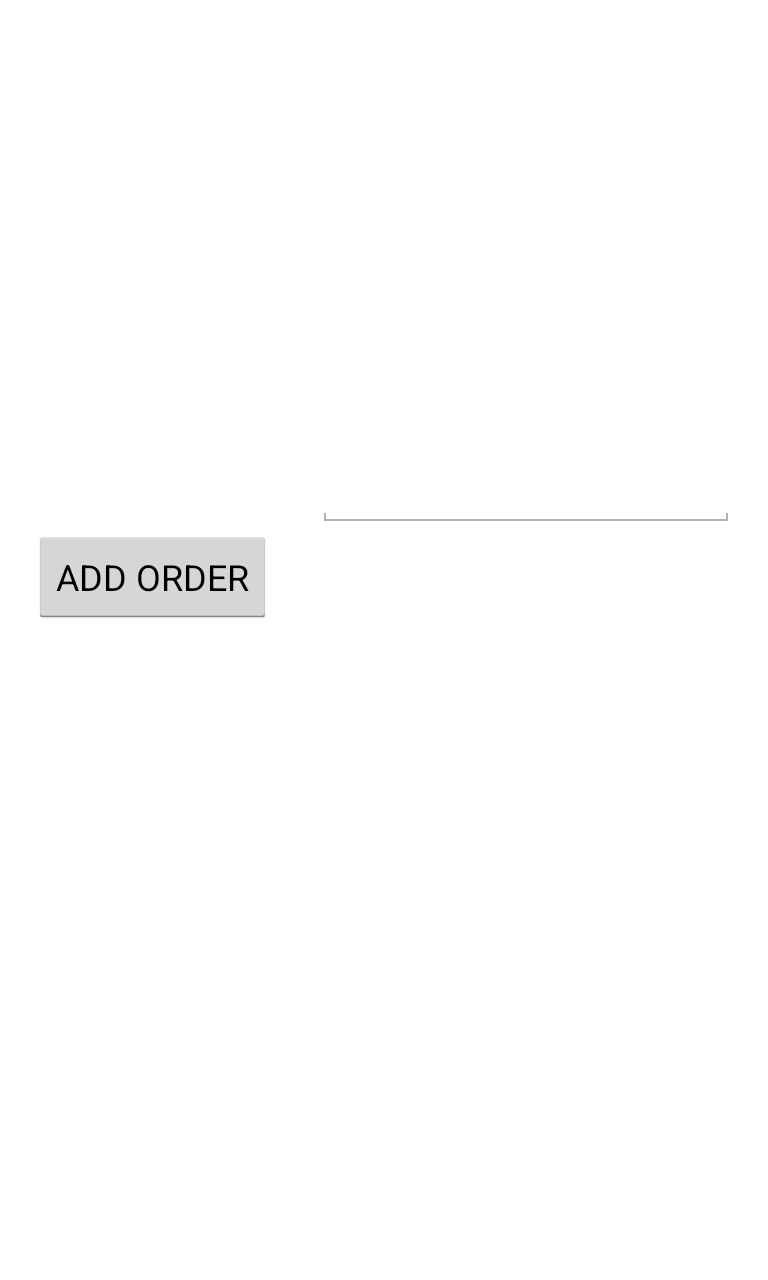
Repository: erenerdogan/ERMS
Layout: ERMSMobile/ERMS/res/layout/activity_product_detail.xml
An editor plug-in stored every save of this project. The layout is shown before and after the next save, followed by the edit.
It is drawn on a 768 x 1280 px phone screen (xhdpi) without system bars, with theme AppTheme; the app's code is not run.

Above is the layout before, as saved 2013-12-21 11:45:58.

After the next save:
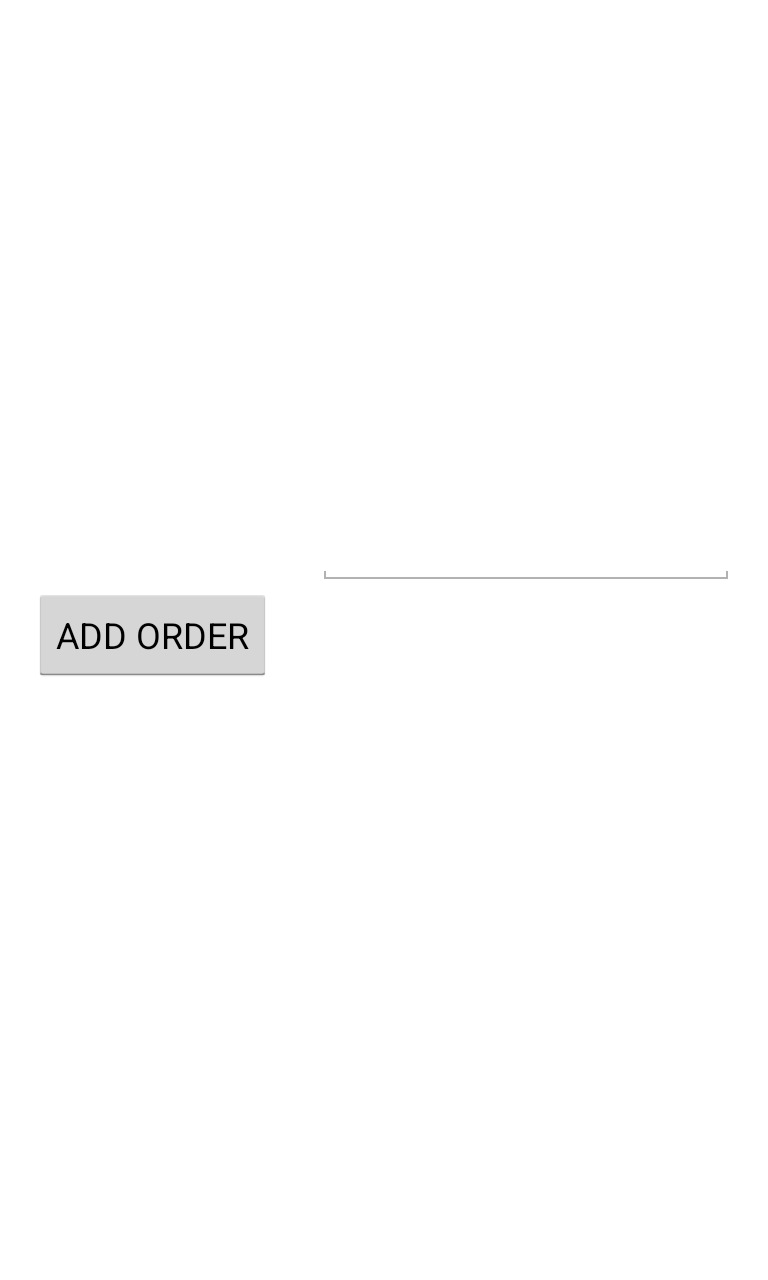
Saved 68 s later.
--- a/ERMSMobile/ERMS/res/layout/activity_product_detail.xml
+++ b/ERMSMobile/ERMS/res/layout/activity_product_detail.xml
@@ -37,13 +37,20 @@
                 android:layout_alignParentLeft="true"
                 android:layout_below="@+id/pdetailimageView"
                 android:layout_margin="5dip" />
+            <TextView
+                android:id="@+id/pdetailpricetextView"
+                android:layout_width="fill_parent"
+                android:layout_height="wrap_content"
+                android:layout_alignParentLeft="true"
+                android:layout_below="@+id/pdetailtextView"
+                android:layout_margin="5dip" />
 
             <EditText
                 android:id="@+id/pdetailadetEditText"
                 android:layout_width="wrap_content"
                 android:layout_height="wrap_content"
                 android:layout_alignParentRight="true"
-                android:layout_below="@+id/pdetailtextView"
+                android:layout_below="@+id/pdetailpricetextView"
                 android:ems="10"
                 android:inputType="number" >
             </EditText>
